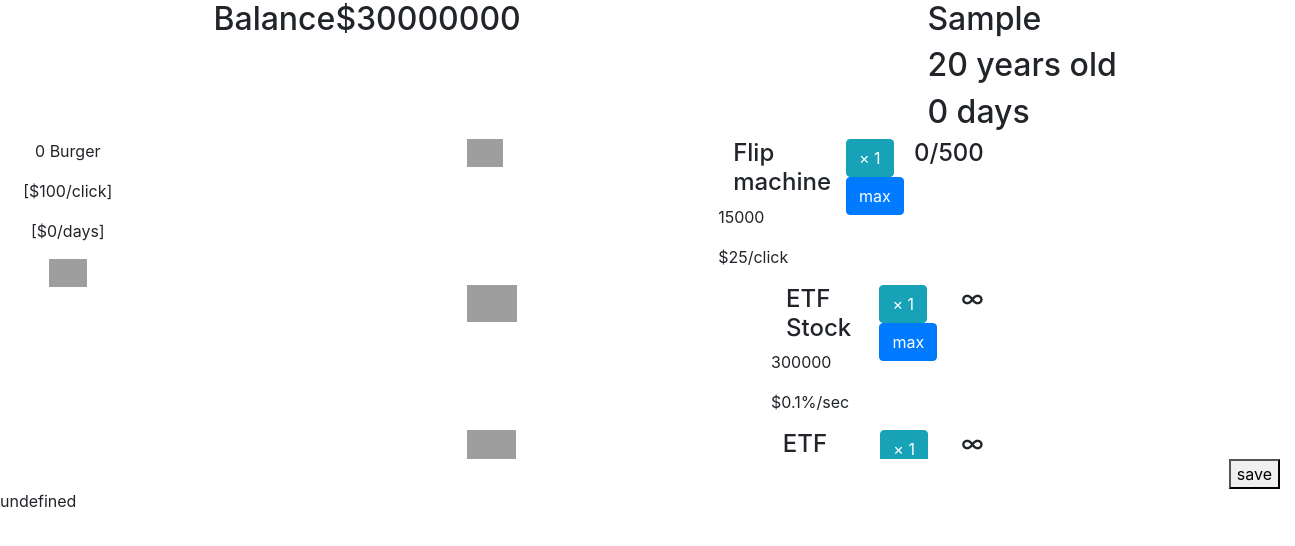
Repository: yu-yaba/Clicker-empire-game
Page: index.html
An editor plug-in stored every save of this project. The page is shown before and after a run of saves, followed by the edit.
The browser window is 1280 px wide. The page is 1295 px wide, so the pictures cover 1295 px, including what lies to the right of the window. The pictures show the whole page.
Empty fields were first filled with sample values (such as "Sample", 5 or name@example.com).
After loading, the first visible `button.btn` was clicked once.
Pictures or frames that could not be fetched are drawn as grey boxes.

Above is the page before, as saved 2023-01-22 12:10:39.

### index.html
<!DOCTYPE html>
<html lang="ja">
<head>
    <meta charset="UTF-8">
    <meta name="viewport" content="width=device-width, initial-scale=1.0">
    <link rel="stylesheet" href="stylesheet.css">
    <link rel="stylesheet" href="https://stackpath.bootstrapcdn.com/bootstrap/4.5.0/css/bootstrap.min.css" integrity="sha384-9aIt2nRpC12Uk9gS9baDl411NQApFmC26EwAOH8WgZl5MYYxFfc+NcPb1dKGj7Sk" crossorigin="anonymous">
    <title>Clicker Empire Game</title>
</head>
<body>
<div id="initial-form" class="">
    <div class="vh-100 bg-dark d-flex justify-content-center align-items-center">
        <div class="col-12 col-md-6 text-center">
            <div class="bg-white p-4">
                <h2>Clicker Empire Game</h2>
                <form onsubmit=" event.preventDefault();">
                    <div class="form-group">
                        <input type="name" class="form-controll col-11 my-3 text-center" placeholder="Your name" id="userName" required>
                    </div>
                    <div class="d-flex justify-content-around">
                        <button type="submit" class="btn btn-primary col-5" onclick="registerAccount()">New</button>
                        <button type="submit" class="btn btn-primary col-5" onclick="loginAccount()">Login</button>
                    </div>
                </form>
            </div>
        </div>
    </div>
</div>

<div id="main-page" class="d-none">
    <div class="vh-100 bg-dark justify-content-center align-items-center">
        <div class="col-12 col-md-11 justify-content-center container">
            <div class=>
                <div id="balance-info" class="col-12 col-md-7"></div>
                <div id="user-info" class="col-12 col-md-5 d-flex justify-content-center"></div>
            </div>
            <div class=>
                <div id="hamburger-info" class="col-12 col-md-4"></div>
                <div id="item-info" class="col-12 col-md-8"></div>
            </div>
            <div id="data-info" class="d-flex justify-content-end"></div>
        </div>
    </div>
</div>
<script type="text/javascript" src="text.js"></script>
</body>
</html>

### stylesheet.css
.img-fluid {
    max-width: 40%;
    height: auto;
}

.available {
    color: rgb(19, 203, 19);
}

.no-available {
    color: red;
}

### text.js
const config = {
    initialForm : document.getElementById("initial-form"),
    mainPage : document.getElementById("main-page"),
    balanceInfo : document.getElementById("balance-info"),
    hamburgerInfo : document.getElementById("hamburger-info"),
    userInfo : document.getElementById("user-info"),
    itemInfo : document.getElementById("item-info"),
    dataInfo : document.getElementById("data-info"),
    userName : document.getElementById("userName"),
};

function displayBlock (ele) {
    ele.classList.remove("d-none");
    ele.classList.add("d-block");
}

function displayNone (ele) {
    ele.classList.remove("d-block");
    ele.classList.add("d-none");
}
class UserAccount {
    constructor(name, age, days, money, profitPerClick, profitPerSeconds, belongings, hamburger){
        this.name = name;
        this.age = age;
        this.days = days;
        this.money = money;
        this.profitPerClick = profitPerClick;
        this.profitPerSeconds = profitPerSeconds;
        this.belongings = belongings;
        this.hamburger = hamburger;
    }

    increaseHamburgerPerClick () {
        return this.hamburger ++;
    }

    addClickProfit () {
        return this.money += this.profitPerClick;
    }

    addSecondsProfit () {
        return this.money += this.profitPerSeconds;
    }

    reduceBalance (price) {
        return this.money -= price;
    }

    increaseDay () {
        return this.days ++;
    }

    growOld () {
        return this.age ++;
    }

    addProfit (profit, type) {
        if (type == "ability") return this.profitPerClick += profit;
        else return this.profitPerSeconds += profit;
    }


};

class Item {
    constructor(name, price, purchaseLimit, purchaseQuantity, profit, type, imgUrl){
        this.name = name;
        this.price = price;
        this.purchaseLimit = purchaseLimit;
        this.purchaseQuantity = purchaseQuantity;
        this.profit = profit;
        this.type = type;
        this.imgUrl = imgUrl;
    }

    increasePurchaseQuantity (quantity) {
        this.purchaseQuantity += quantity;
    }

    increaseAssets (quantity) {
        if (this.name == "ETF Stock") {
            this.profit = (this.price * (this.purchaseQuantity + quantity)) * 0.001;
            this.price *= 1.1;
        } else if (this.name == "ETF Bonds") {
            this.profit = (this.price * (this.purchaseQuantity + quantity)) * 0.0007;
        }
        return quantity * this.profit;
    }
};

const itemList = [
    new Item("Flip machine", 15000, 500, 0, 25, "ability", "https://cdn-icons-png.flaticon.com/512/823/823215.png"),
    new Item("ETF Stock", 300000, Infinity, 0, 0.1, "investment", "https://cdn-icons-png.flaticon.com/512/4222/4222019.png"),
    new Item("ETF Bonds", 300000, Infinity, 0, 0.07, "investment", "https://cdn-icons-png.flaticon.com/512/2601/2601439.png"),
    new Item("Lemonade Stand", 30000, 1000, 0, 30, "realEstate", "https://cdn-icons-png.flaticon.com/512/941/941769.png"),
    new Item("Ice Cream Truck", 100000, 500, 0, 120, "realEstate", "https://cdn-icons-png.flaticon.com/512/3181/3181382.png"),
    new Item("House", 20000000, 100, 0, 32000, "realEstate", "https://cdn-icons-png.flaticon.com/512/619/619153.png"),
    new Item("TownHouse", 40000000, 100, 0, 64000, "realEstate", "https://cdn-icons-png.flaticon.com/512/2590/2590620.png"),
    new Item("Mansion", 250000000, 20, 0, 500000, "realEstate", "https://cdn-icons-png.flaticon.com/512/492/492058.png"),
    new Item("Industrial", 1000000000, 10, 0, 2200000, "realEstate", "https://cdn-icons-png.flaticon.com/512/1258/1258543.png"),
    new Item("Hotel Skyscraper", 10000000000, 5, 0, 25000000, "realEstate", "https://cdn-icons-png.flaticon.com/512/683/683255.png"),
    new Item("Bullet-Speed Sky Railway", 10000000000000, 1, 0, 30000000000, "realEstate", "https://cdn-icons-png.flaticon.com/512/3112/3112932.png")
]

function registerAccount () {
    let userData;
    if (config.userName.value == "yuya") userData = new UserAccount(yuya, 20, 0, 10000000, 100000, 1000, itemList, 0);
    else userData = new UserAccount (config.userName.value, 20, 0, 30000000, 100, 0, itemList, 0);

    displayNone(config.initialForm);
    displayBlock(config.mainPage);
    config.mainPage.innerHTML ="";
    config.mainPage.append(createMainPage(userData));
    return userData;
}

function loginAccount () {
    let saveData = localStorage.getItem(config.userName.value);
    saveData = JSON.parse(saveData);

    if (saveData == null) {alert("データが見つかりませんでした");
        return false;
    } else {
        let loginItems = [];
        for (let i = 0; i < saveData["belongings"].length; i++) {
            let eachItem = saveData["belongings"][i];
            loginItems.push(new Item(eachItem["name"], eachItem["imgUrl"], eachItem["any"], eachItem["profit"], eachItem["purchaseQuantity"], eachItem["purchaseLimit"], eachItem["type"]))
        }

        let userData = new UserAccount(saveData["name"], saveData["age"], saveData["days"], saveData["money"], saveData["profitPerClick"], saveData["profitPerSeconds"], loginItems, saveData["hamburger"]);

    config.mainPage.innerHTML = "";
    displayNone(config.initialForm);
    displayBlock(config.mainPage);
    config.mainPage.append(createMainPage(userData))
    return userData;
    }
}


function createBalanceInfo (userData) {
    let balanceInfoCon = document.createElement("div");
    balanceInfoCon.classList.add("d-flex" ,"justify-content-center");
    balanceInfoCon.innerHTML =`
    <h2>Balance </h2>
    <h2> $${userData.money}</h2>
    `
    return balanceInfoCon;
}

function createUserInfo (userData) {
    let userInfoCon = document.createElement("div");
    userInfoCon.classList.add("d-flex", "flex-wrap");
    userInfoCon.innerHTML = `
    <div>
        <h2>${userData.name}</h2>
        <h2>${userData.age} years old</h2>
        <h2>${userData.days} days</h2>
    </div>
    `
    return userInfoCon;
}

function createHamburger (userData) {
    let hamburgerCon = document.createElement("div");
    hamburgerCon.classList.add("col-12", "col-md-4", "text-center");
    hamburgerCon.innerHTML = `
    <div class="p-0">
        <p>${userData.hamburger} Burger</p>
        <p>$${userData.profitPerClick}/click</p>
        <p>$${userData.profitPerSeconds}/days</p>
    </div>
    <div class="container-fluid">
        <img alt="" src='https://icons.veryicon.com/png/o/food--drinks/flat-color-restaurant-icon/hamburger-8.png' class="hamburger-btn w-50 w-lg-100">
    </div>
    `

    hamburgerCon.querySelector(".hamburger-btn").addEventListener("click", function () {
        hamburgerCon.querySelectorAll("p")[0].innerHTML = `${userData.increaseHamburgerPerClick()} Burgers`;
        config.balanceInfo.querySelectorAll("h2")[1].innerHTML =` $${userData.addClickProfit()}`;
    })
    return hamburgerCon;
}


function createItemList (userData, itemList) {
    let itemCon = document.createElement("div");
    itemCon.classList.add("col-12", "col-md-8");
    itemCon.innerHTML = `
    <div style="overflow: auto; height: 20em;" >
        <div id="itemList">
        </div>
    </div>
    `

    let eachItemCon = document.createElement("div");
    for (let i = 0; i < itemList.length; i++) {
        eachItemCon.innerHTML += `
        <div class="d-flex">
            <div>
                <img alt="" src="${itemList[i].imgUrl}" class="col-2 col-md-3" >
            </div>
            <div>
                <h4 class="col-1">${itemList[i].name}</h4>
                <p class="updatePrice">${itemList[i].price}</p>
                <p>$${renderProfit(itemList[i])}</p>
            </div>
            <div>
                <button class="btn btn-info purchase-btn">× 1</button>
                <button class="btn btn-primary max-btn">max</button>
            </div>
            <div>
                <h4 class="possession">${renderNumOfPossession(itemList[i])}</h4>
            </div>
        </div>
        `
    }
    for (let i = 0; i < itemList.length; i++) {
    let purchaseBtn = eachItemCon.querySelectorAll(".purchase-btn")[i];
    purchaseBtn.addEventListener("click", function () {
        if (parseInt(itemList[i].price) > parseInt(userData.money)) {
            return alert("お金が足りません");
        } else if (itemList[i].purchaseLimit == itemList[i].purchaseQuantity) {
            return alert("これ以上購入できません");
        } else {
            userData.reduceBalance(itemList[i].price);
            userData.addProfit(itemList[i].increaseAssets(1), itemList[i].type);
            return itemList[i].increasePurchaseQuantity(1);
        }
    })

    let maxBtn = eachItemCon.querySelectorAll(".max-btn")[i];
    maxBtn.addEventListener("click", function () {
    let totalAmount = Math.floor(userData.money / itemList[i].price);
    let total = totalAmount * itemList[i].price;
        if (total > parseInt(userData.money)) {
            return alert("お金が足りません");
        } else if (itemList[i].purchaseLimit == itemList[i].purchaseQuantity) {
            return alert("これ以上購入できません");
        } else {
            userData.reduceBalance(total);
            userData.addProfit(itemList[i].increaseAssets(parseInt(totalAmount)), itemList[i].type);
            return itemList[i].increasePurchaseQuantity(totalAmount);
        }
    })

    setInterval (function() {
        eachItemCon.querySelectorAll(".possession")[i].innerHTML = renderNumOfPossession(itemList[i]);
        if(itemList[i].name == "ETF Stock") eachItemCon.querySelectorAll(".updatePrice").innerHTML = `$${parseInt(itemList[i].price)}`
        if(itemList[i].purchaseQuantity == itemList[i].purchaseLimit) {
            AvailabilityPurchase(eachItemCon.querySelectorAll(".possession")[i], false);
        }
    }, 1000);
    }

    itemCon.querySelector("#itemList").append(eachItemCon);
    return itemCon;
}



function createData (userData) {
    let dataCon = document.createElement("div");
    dataCon.classList.add("d-flex", "justify-content-end");
    dataCon.innerHTML = `
    <button class="save-btn">save</button>
    `

    dataCon.querySelector(".save-btn").addEventListener("click", function () {
        let saveData = userData.name;
        userData = JSON.stringify(userData);
        localStorage.setItem(saveData, userData);
        alert("データを保存しました。");
    })
    return dataCon;
}


function startInterval (userData) {
    let processPerSeconds = setInterval(function () {
        config.hamburgerInfo.querySelectorAll("p").item(1).innerHTML = `[$${userData.profitPerClick}/click]`;
        config.hamburgerInfo.querySelectorAll("p").item(2).innerHTML = `[$${parseInt(userData.profitPerSeconds)}/days]`;

        config.userInfo.querySelectorAll("h2")[2].innerHTML = `${userData.increaseDay()} days`;
        config.balanceInfo.querySelectorAll("h2")[1].innerHTML = ` $${parseInt(userData.addSecondsProfit())}`;

        if (userData.days == 365) {
            userData.days = 1;
            userData.growOld();
            config.userInfo.querySelectorAll("h2")[2].innerHTML =`${userData.age} years old`
        }
    }, 1000);
}

function createMainPage (userData) {
    config.balanceInfo.append(createBalanceInfo(userData));
    config.userInfo.append(createUserInfo(userData));
    let headerCon = document.createElement("div");
    headerCon.classList.add("row");
    headerCon.append(config.balanceInfo, config.userInfo);

    config.hamburgerInfo.append(createHamburger(userData));
    config.itemInfo.append(createItemList(userData, itemList));
    let bodyCon = document.createElement("div");
    bodyCon.classList.add("row", "justify-content-center");
    bodyCon.append(config.hamburgerInfo, config.itemInfo);

    config.dataInfo.append(createData(userData));
    startInterval(userData);
    config.mainPage.append(headerCon, bodyCon, config.dataInfo)
}



function renderProfit (item) {
    if (item.type == "ability") return `${item.profit}/click`;
    else if (item.name == "ETF Stock") return "0.1%/sec";
    else if (item.name == "ETF Bonds") return "0.07%/sec";
    else return `${item.profit}/sec`;
}

function renderNumOfPossession (item) {
    if (item.type == "investment") return "∞";
    else return item.purchaseQuantity + "/" + item.purchaseLimit;
}

function AvailabilityPurchase(ele, bool) {
    if(bool == true) {
        ele.classList.remove("no-available");
        ele.classList.remove("text-dark")
        ele.classList.add("available");
    } else {
        ele.classList.remove("no-available");
        ele.classList.add("available");
    }
}

After the next 2 saves:
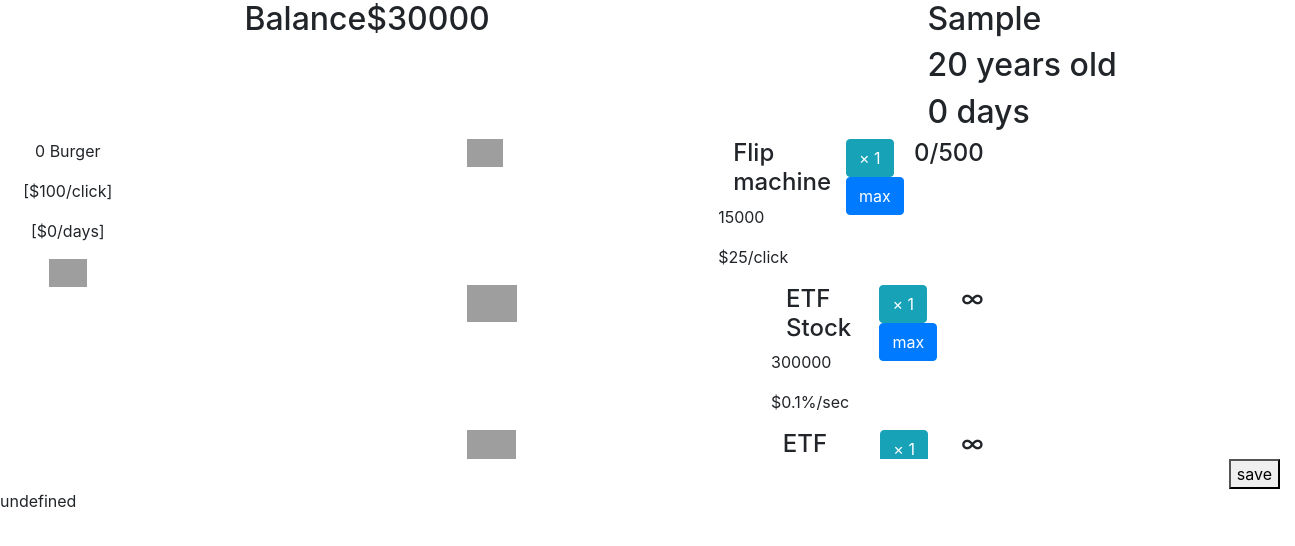
The 2 saves are shown as one change because they came seconds apart.
The last was saved 9 min 1 s later.
--- a/text.js
+++ b/text.js
@@ -105,7 +105,7 @@ const itemList = [
 function registerAccount () {
     let userData;
     if (config.userName.value == "yuya") userData = new UserAccount(yuya, 20, 0, 10000000, 100000, 1000, itemList, 0);
-    else userData = new UserAccount (config.userName.value, 20, 0, 30000000, 100, 0, itemList, 0);
+    else userData = new UserAccount (config.userName.value, 20, 0, 30000, 100, 0, itemList, 0);
 
     displayNone(config.initialForm);
     displayBlock(config.mainPage);
